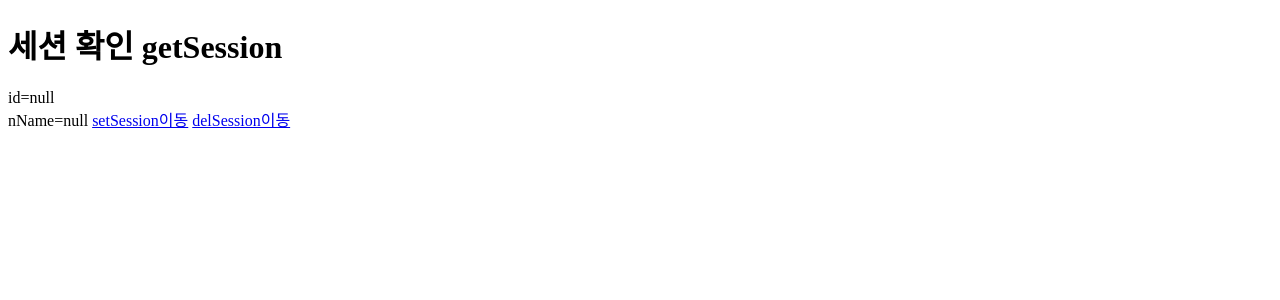
Repository: ryu1917/jsp
Page: http://localhost/jsp03/session/getSession.jsp
The author's editor kept a copy of each file at every save. The page is drawn from the files as they stood at one save, then again after the next save.
The browser window is 1280 px wide. The pictures show the whole page.
The page is served by Tomcat 9.

Above is the page before, as saved 2021-04-23 06:54:06.

After the next save:
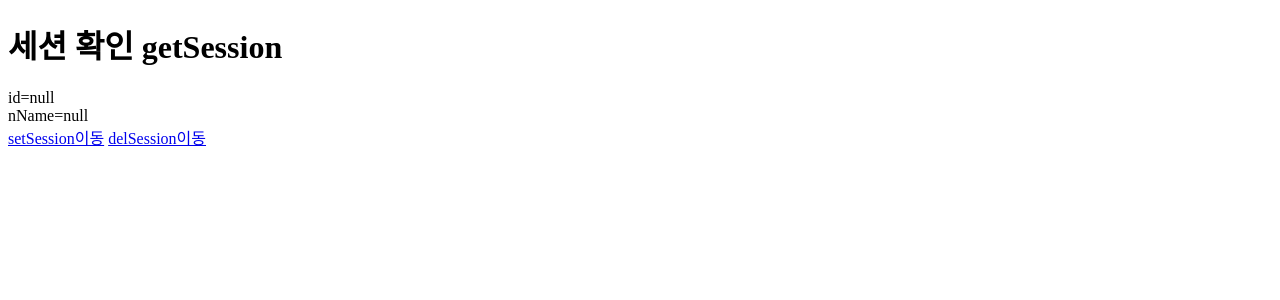
Saved 16 s later.
--- a/workspace/jsp03/src/main/webapp/session/getSession.jsp
+++ b/workspace/jsp03/src/main/webapp/session/getSession.jsp
@@ -13,7 +13,7 @@
 		String nickName=(String)session.getAttribute("nickName");
 	%>
 	id=<%= id %><br>
-	nName=<%=nickName %>
+	nName=<%=nickName %><br>
 	<a href="setSession.jsp">setSession이동</a>
 	<a href="delSession.jsp">delSession이동</a>
 </body>
